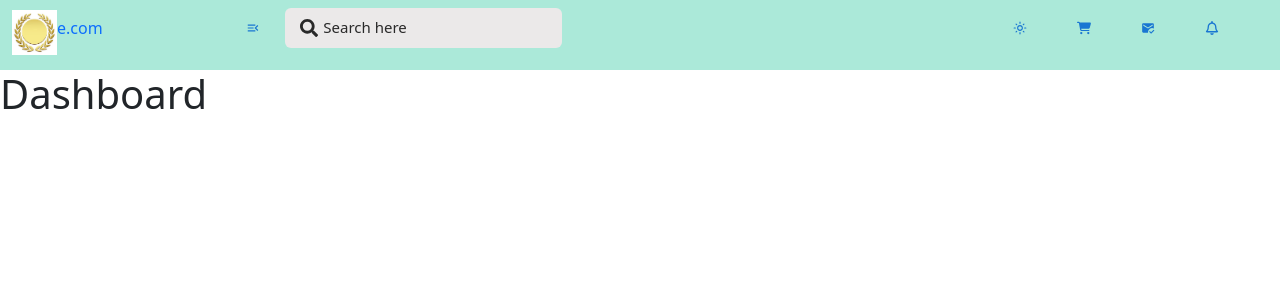
Repository: gautamsonam011/admin-react-dashboard
Page: /
The author's editor kept a copy of each file at every save. The page is drawn from the files as they stood at one save, then again after the next save.
The browser window is 1280 px wide. The pictures show the whole page.
The project was rebuilt for these pictures with package versions that can differ from the ones it lists, and the page was loaded fresh each time.

Above is the page before, as saved 2025-04-14 13:43:31.

### src/App.js
import { BrowserRouter, Routes, Route } from 'react-router-dom';
import './App.css';
import 'bootstrap/dist/css/bootstrap.min.css';
import Dashboard from './pages/Dashboard/Dashboard';
import Header from "./components/Header/index";
function App() {
  return (
    <BrowserRouter>
    <Header/>
    <Routes>
      <Route path = "/" exact={true} element={<Dashboard/>} />
    </Routes>
    </BrowserRouter>
  );
}

export default App;

### src/App.css
@import url('https://fonts.googleapis.com/css2?family=Ubuntu:ital,wght@0,300;0,400;0,500;0,700;1,300;1,400;1,500;1,700&display=swap');

body{
  font-family: "Ubuntu", sans-serif;
  background-color: #ebe9e9;

}

header{
  width:100%;
  height: 70px;
  background-color:#abe9d9;
}
header .logo{
  text-decoration: none;
}
header .logo img{
  margin-top: 10px;
  width:45px;

}

header .logo span{
color: coral;
font-weight: bolder;
font-size: 24px;
}
header button .rounded-circle{min-width:40px !important; width:40px !important; height: 40px !important; background-color:#f0f5ff !important}
header button .rounded-circle svg{color:rgb(29, 27, 27); font-size: 25px !important;}
.searchBox{width:400px; height: 40px; background-color:#ebe9e9; border-radius: 6px;padding: 3px 15px;}
.searchBox input{background: transparent;border:0px; outline:none; padding-left: 5px; font-size: 15px; color:#292929}
.searchBox input::-webkit-input-placeholder{color:#292929}
.searchBox svg{font-size: 18px; color:#292929 ;}

### src/pages/Dashboard/Dashboard.jsx
const Dashboard = () =>{
    return (
        <>
        <h1>Dashboard</h1>
        </>
    )
}

export default Dashboard;

### src/components/Header/index.jsx
import {Link} from "react-router-dom";
import logo from "../../assests/images/logo.jpg";
import Button from '@mui/material/Button';
import { MdMenuOpen } from "react-icons/md";
import { MdOutlineMenu } from "react-icons/md";
import SearchBox from "../SearchBox";
import { MdOutlineLightMode } from "react-icons/md";
import { MdDarkMode } from "react-icons/md";
import { FaCartShopping } from "react-icons/fa6";
import { MdMarkEmailRead } from "react-icons/md";
import { FaRegBell } from "react-icons/fa";


const Header = () =>{
    return (
        <>
        <header>
            <div className="container-fluid">
                <div className="row d-flex align-items-center w-100">
                    {/* logo */}
                    <div className="col-sm-2">
                        <Link to="/" className="d-flex align-items-center logo">
                        <img src={logo} alt="logo"/>
                        <spam className="ml-2">e.com</spam>
                        </Link>
                    </div>
                    <div className="col-sm-3 d-flex align-items-center pl-4">
                    <Button className="rounded-circle"><MdMenuOpen/></Button>
                    <SearchBox/>
                    </div>
                    <div className="col-sm-7 d-flex align-items-center justify-content-end part3">
                    <Button className="rounded-circle"><MdOutlineLightMode/></Button>
                    <Button className="rounded-circle"><FaCartShopping/></Button>
                    <Button className="rounded-circle"><MdMarkEmailRead/></Button>
                    <Button className="rounded-circle"><FaRegBell/></Button>

                    </div>
                </div>
            </div>
        </header>
        </>
    )
}

export default Header

### src/components/SearchBox.jsx
import { FaSearch } from "react-icons/fa";

const SearchBox = () =>{
    return (
        <div className="searchBox position-relative d-flex align-items-center">
            <FaSearch className="mr-2" />
            <input type="text" placeholder="Search here"  />
        </div>
    )
}

export default SearchBox;

Loaded but not shown: public/index.html (common file); src/index.js (common file); src/reportWebVitals.js (common file)

After the next save:
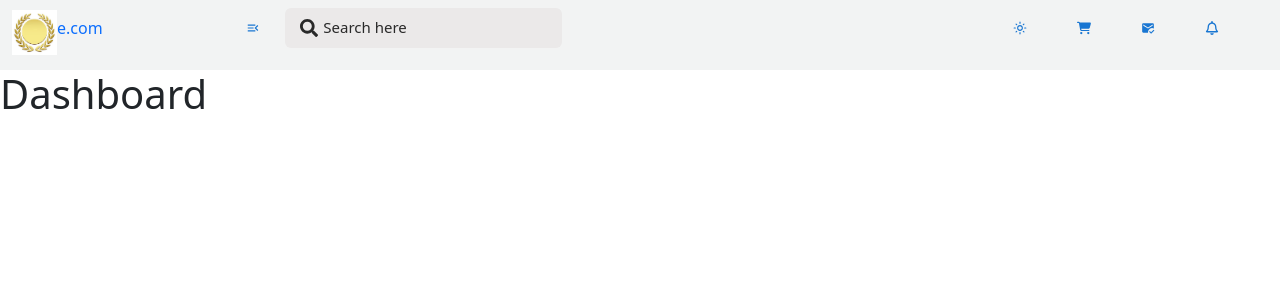
Saved 27 s later.
--- a/src/App.css
+++ b/src/App.css
@@ -2,14 +2,14 @@
 
 body{
   font-family: "Ubuntu", sans-serif;
-  background-color: #ebe9e9;
+  background-color: #888383;
 
 }
 
 header{
   width:100%;
   height: 70px;
-  background-color:#abe9d9;
+  background-color:#f2f3f3;
 }
 header .logo{
   text-decoration: none;
